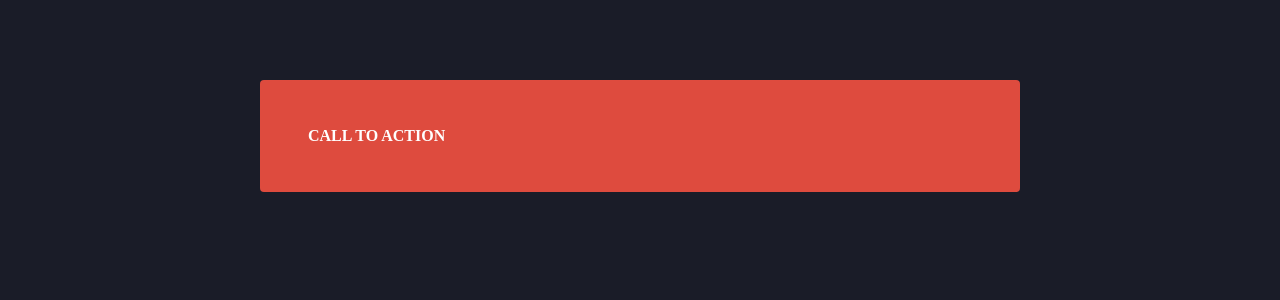
Repository: fdhhhdjd/React-Witth-Framer-Motion
Page: /
These files come from the project's save history. The page is drawn as it stood at one moment and after the next save; the edit follows.
The browser window is 1280 px wide. The pictures show the whole page.
The project was rebuilt for these pictures with package versions that can differ from the ones it lists, and the page was loaded fresh each time. Also part of the build but not shown: src/App.css, src/Component/ChooseImg/ChooseImg.js.

Above is the page before, as saved 2021-10-11 20:23:17.

### src/App.js
import logo from "./logo.svg";
import "./App.css";
import { Switch, BrowserRouter, Route } from "react-router-dom";
import { Dropdown, ChooseImg } from "./Import/Index";
function App() {
  return (
    <BrowserRouter>
      <Dropdown />
      <Switch>{/* <Route exact path="/" component={ChooseImg} /> */}</Switch>
    </BrowserRouter>
  );
}

export default App;

### src/Import/Index.js
export { default as Dropdown } from "../Page/Dropdown/Dropdown";
export { default as ChooseImg } from "../Component/ChooseImg/ChooseImg";

### src/Page/Dropdown/Dropdown.js
import React, { useState } from "react";
import "./Dropdown.css";
import "./reset.css";
const Dropdown = () => {
  const [select, setSelect] = useState("Choose Item 😉 ");
  return (
    <div class="dropdown">
      <div class="dropdown__select">
        <span class="dropdown__selected">Call to action</span>
        <i class="fa fa-caret-down dropdown__caret"></i>
      </div>
      <ul class="dropdown__list">
        <li class="dropdown__item">
          <span class="dropdown__text">New project</span>
          <i class="fa fa-plus-circle dropdown__icon"></i>
        </li>
        <li class="dropdown__item">
          <span class="dropdown__text">View profile</span>
          <i class="fa fa-user dropdown__icon"></i>
        </li>
        <li class="dropdown__item">
          <span class="dropdown__text">Settings</span>
          <i class="fa fa-cog dropdown__icon"></i>
        </li>
        <li class="dropdown__item">
          <span class="dropdown__text">Logout</span>
          <i class="fa fa-circle dropdown__icon"></i>
        </li>
      </ul>
    </div>
  );
};

export default Dropdown;

### src/Page/Dropdown/Dropdown.css
html {
    font-size: 62.5%;
    font-family: "Poppins", sans-serif;
    background-color: #1a1c28;
  }
  * {
    box-sizing: border-box;
  }
  :root {
    --primary: #de4b3e;
    --secondary: #c74237;
  }
  .dropdown {
    width: 500%;
    max-width: 47.5rem;
    margin: 5rem auto;
    position: relative;
    color: white;
    text-transform: uppercase;
    font-size: 1rem;
    font-weight: bold;
    border-radius: 4px;
  }
  .dropdown__select {
    border-radius: inherit;
  }
  .dropdown__list {
    margin-top: 2.5rem;
    position: absolute;
    top: 100%;
    left: 0;
    right: 0;
    display: none;
  }
  .dropdown__list:before {
    content: "";
    height: 2.5rem;
    position: absolute;
    left: 0;
    right: 0;
    background-color: transparent;
    transform: translateY(-100%);
  }
  .dropdown:hover .dropdown__list {
    display: block;
  }
  .dropdown__select,
  .dropdown__item {
    width: 100%;
    padding: 3rem;
    background-color: var(--primary);
    display: flex;
    align-items: center;
    justify-content: space-between;
    cursor: pointer;
  }
  .dropdown__item {
    transition: background-color 0.2s linear;
  }
  .dropdown__item:first-child {
    border-radius: 4px 4px 0 0;
    position: relative;
  }
  .dropdown__item:first-child:before {
    content: "";
    position: absolute;
    top: 0;
    left: 3rem;
    border-left: 10px solid transparent;
    border-right: 10px solid transparent;
    border-bottom: 10px solid var(--primary);
    transform: translateY(-100%);
    transition: border-color 0.2s linear;
  }
  .dropdown__item:first-child:hover:before {
    border-bottom-color: var(--secondary);
  }
  .dropdown__item:last-child {
    border-radius: 0 0 4px 4px;
  }
  .dropdown__item:hover {
    background-color: var(--secondary);
  }

### src/Page/Dropdown/reset.css

html,
body,
div,
span,
applet,
object,
iframe,
h1,
h2,
h3,
h4,
h5,
h6,
p,
blockquote,
pre,
a,
abbr,
acronym,
address,
big,
cite,
code,
del,
dfn,
em,
img,
ins,
kbd,
q,
s,
samp,
small,
strike,
strong,
sub,
sup,
tt,
var,
b,
u,
i,
center,
dl,
dt,
dd,
ol,
ul,
li,
fieldset,
form,
label,
legend,
table,
caption,
tbody,
tfoot,
thead,
tr,
th,
td,
article,
aside,
canvas,
details,
embed,
figure,
figcaption,
footer,
header,
hgroup,
menu,
nav,
output,
ruby,
section,
summary,
time,
mark,
audio,
video {
  margin: 0;
  padding: 0;
  border: 0;
  font-size: 100%;
  font: inherit;
  vertical-align: baseline;
}
/* HTML5 display-role reset for older browsers */
article,
aside,
details,
figcaption,
figure,
footer,
header,
hgroup,
menu,
nav,
section {
  display: block;
}
body {
  line-height: 1;
}
ol,
ul {
  list-style: none;
}
blockquote,
q {
  quotes: none;
}
blockquote:before,
blockquote:after,
q:before,
q:after {
  content: "";
  content: none;
}
table {
  border-collapse: collapse;
  border-spacing: 0;
}

Loaded but not shown: public/index.html (common file); src/index.js (common file); src/index.css (common file); src/reportWebVitals.js (common file)

After the next save:
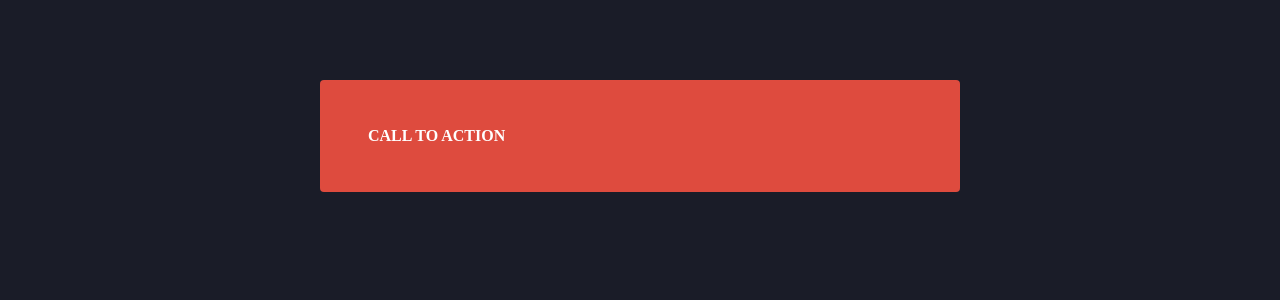
Saved 4 s later.
--- a/src/Page/Dropdown/Dropdown.css
+++ b/src/Page/Dropdown/Dropdown.css
@@ -11,7 +11,7 @@
     --secondary: #c74237;
   }
   .dropdown {
-    width: 500%;
+    width: 50%;
     max-width: 47.5rem;
     margin: 5rem auto;
     position: relative;

After the save that followed:
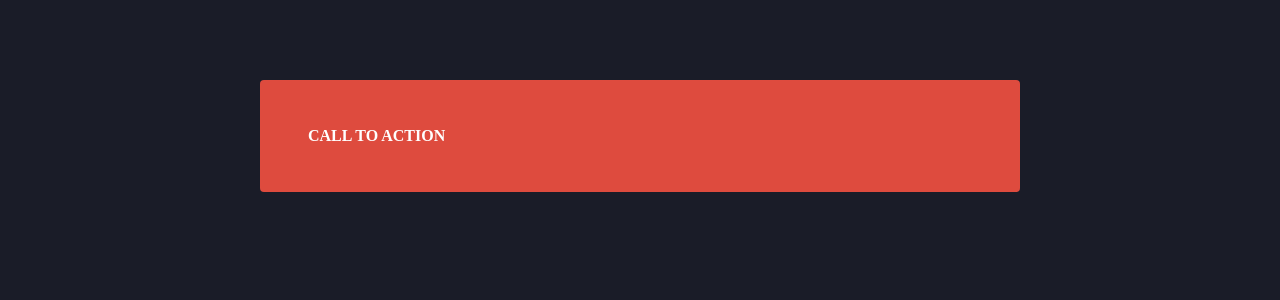
Saved 8 s later.
--- a/src/Page/Dropdown/Dropdown.css
+++ b/src/Page/Dropdown/Dropdown.css
@@ -11,7 +11,7 @@
     --secondary: #c74237;
   }
   .dropdown {
-    width: 50%;
+    width: 100%;
     max-width: 47.5rem;
     margin: 5rem auto;
     position: relative;
